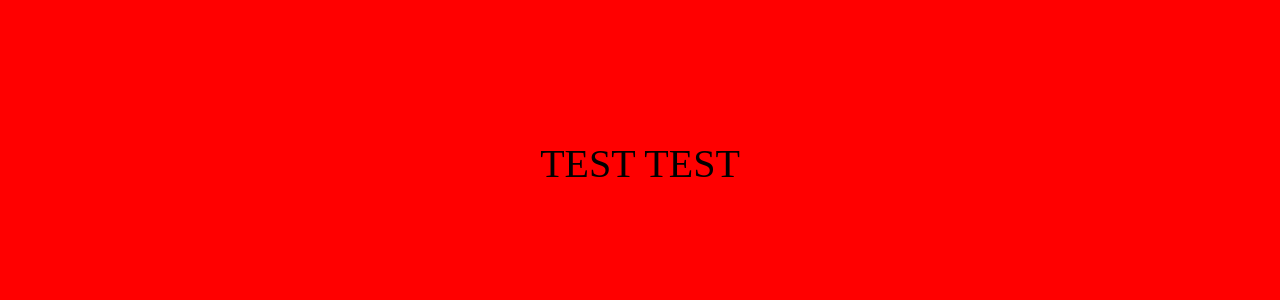
Repository: dreadlocker/testingOnPhones
Page: index.html
These files come from the project's save history. The page is drawn as it stood at one moment and after the next save; the edit follows.
The browser window is 1280 px wide. The pictures show the whole page.

Above is the page before, as saved 2018-06-01 16:15:00.

After the next save:
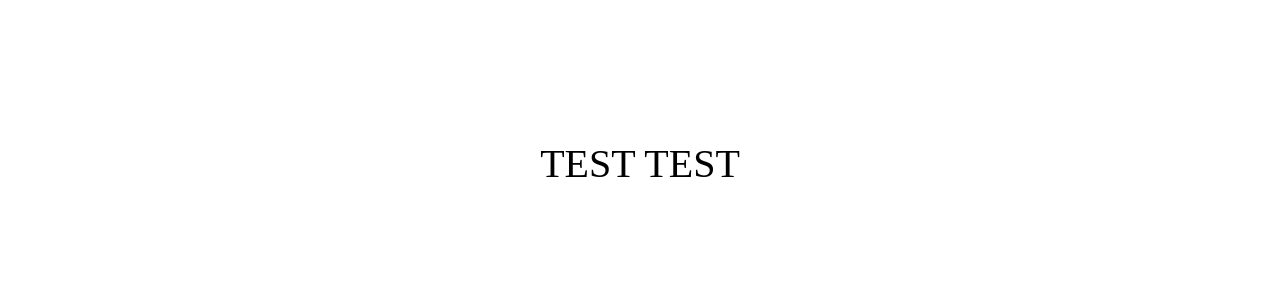
Saved 37 s later.
--- a/index.html
+++ b/index.html
@@ -30,10 +30,6 @@
         html {
             -webkit-text-size-adjust: none;
         }
-
-        body {
-            background-color: red;
-        }
     </style>
 </body>
 
